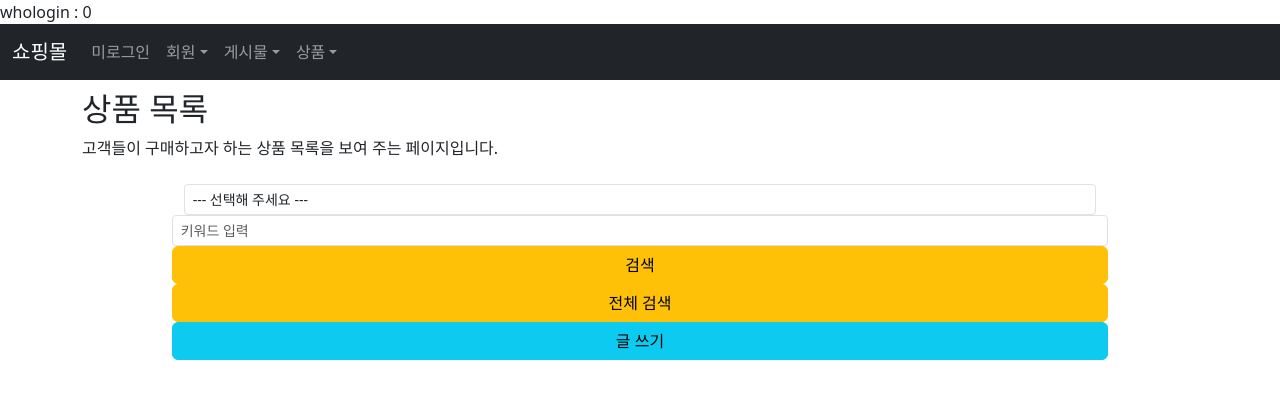
Repository: Sain-Clair/Team5
Page: http://localhost/Student/product/prList.jsp
An editor plug-in stored every save of this project. The page is shown before and after the next save, followed by the edit.
The browser window is 1280 px wide. The pictures show the whole page.
The page is served by Tomcat 9. The template is opened directly, without the code that normally fills it, so the values that code supplies are empty.

Above is the page before, as saved 2023-09-07 03:50:50.

After the next save:
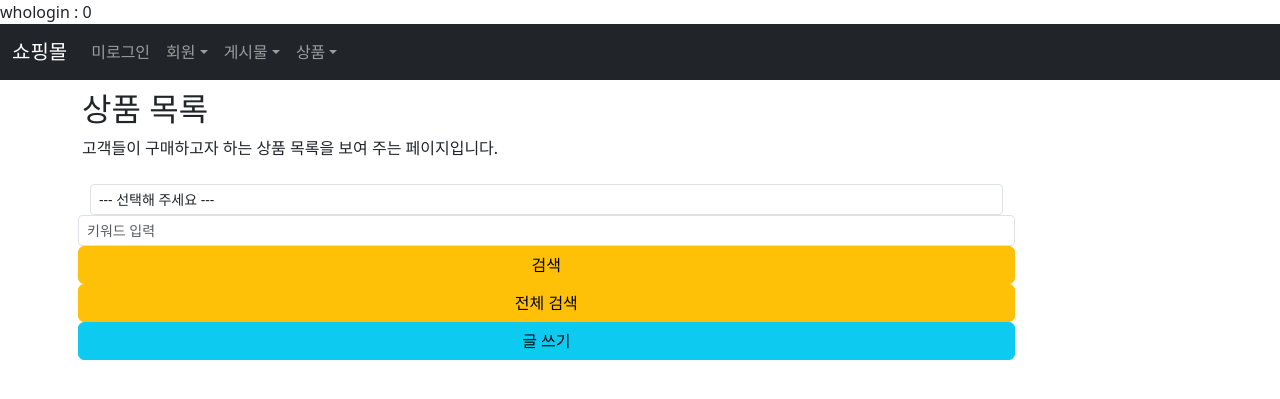
Saved 19 s later.
--- a/Student/src/main/webapp/product/prList.jsp
+++ b/Student/src/main/webapp/product/prList.jsp
@@ -54,7 +54,6 @@
 				<tr>
 					<td colspan="7" align="right">
 						<div class="row">
-							<div class="col-sm-1"></div><!-- grid 화면을 12개로 분할. 그 중에 1 -->
 							<div class="col-sm-10">
 							<!-- //////////////// -->
 								<form name="myform" action="<%=withFormTag%>" method="get">
@@ -77,7 +76,6 @@
 								</form>
 							<!-- //////////////// -->
 							</div>
-
 						</div>
 					</td>
 				</tr>

After the save that followed:
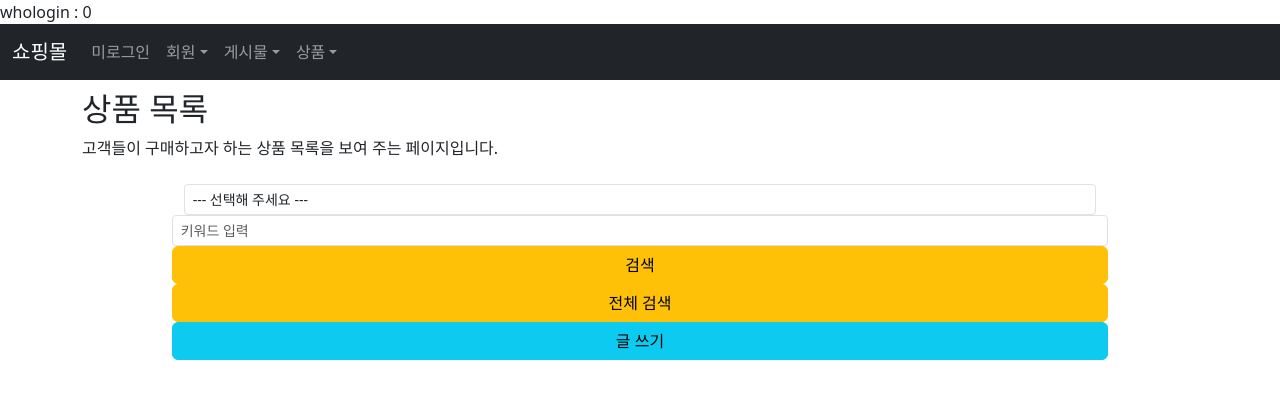
Saved 8 s later.
--- a/Student/src/main/webapp/product/prList.jsp
+++ b/Student/src/main/webapp/product/prList.jsp
@@ -54,6 +54,7 @@
 				<tr>
 					<td colspan="7" align="right">
 						<div class="row">
+							<div class="col-sm-1"></div><!-- grid 화면을 12개로 분할. 그 중에 1 -->
 							<div class="col-sm-10">
 							<!-- //////////////// -->
 								<form name="myform" action="<%=withFormTag%>" method="get">
@@ -76,6 +77,7 @@
 								</form>
 							<!-- //////////////// -->
 							</div>
+							<div class="col-sm-1"></div><!-- grid 화면을 12개로 분할. 그 중에 1 -->
 						</div>
 					</td>
 				</tr>
